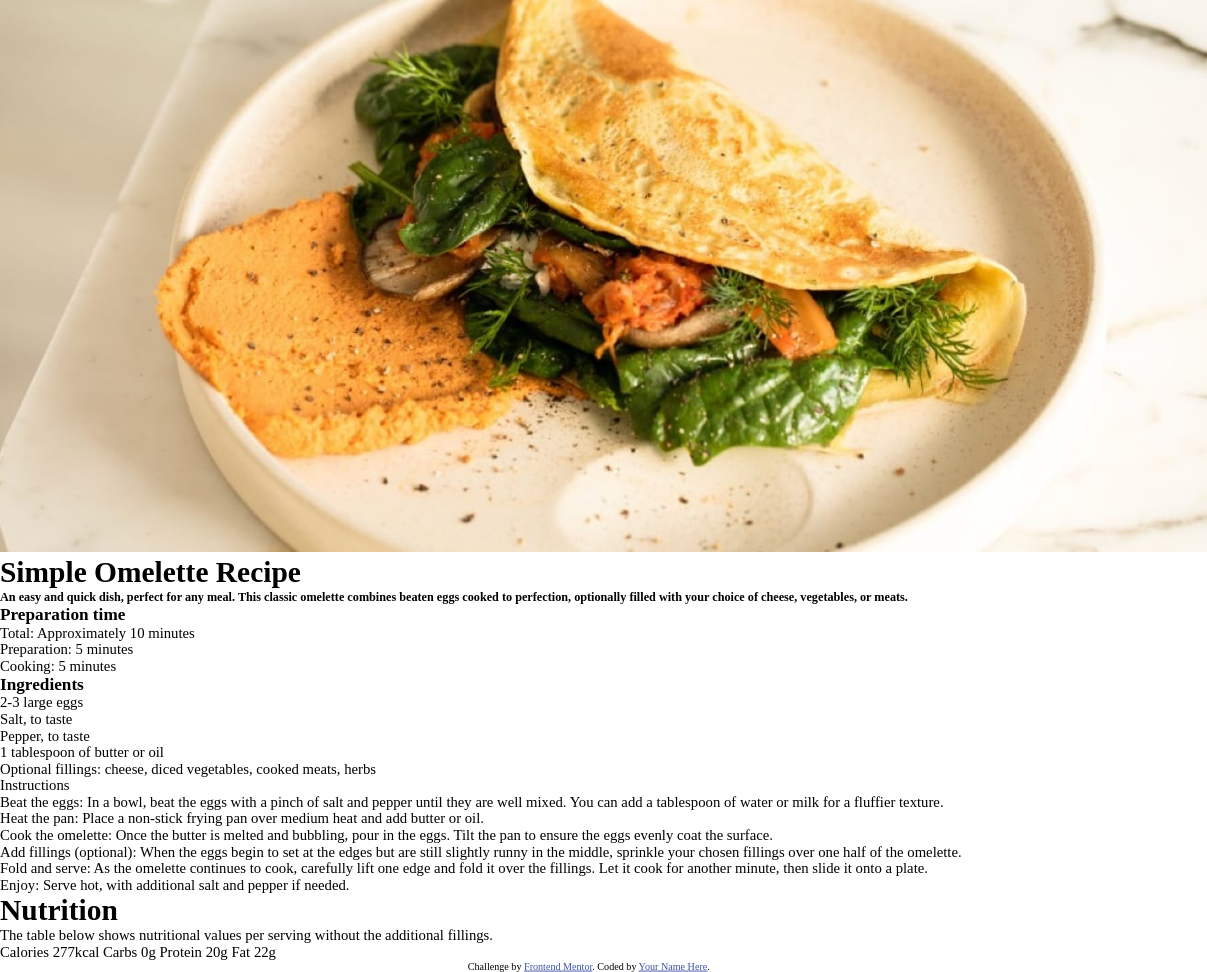
Repository: sodmaq/recipe-page-
Page: index.html
These files come from the project's save history. The page is drawn as it stood at one moment and after the next save; the edit follows.
The browser window is 1280 px wide. The page is 1312 px wide, so the pictures cover 1312 px, including what lies to the right of the window. The pictures show the whole page, at 92% of full size.

Above is the page before, as saved 2024-09-07 18:22:17.

After the next save:
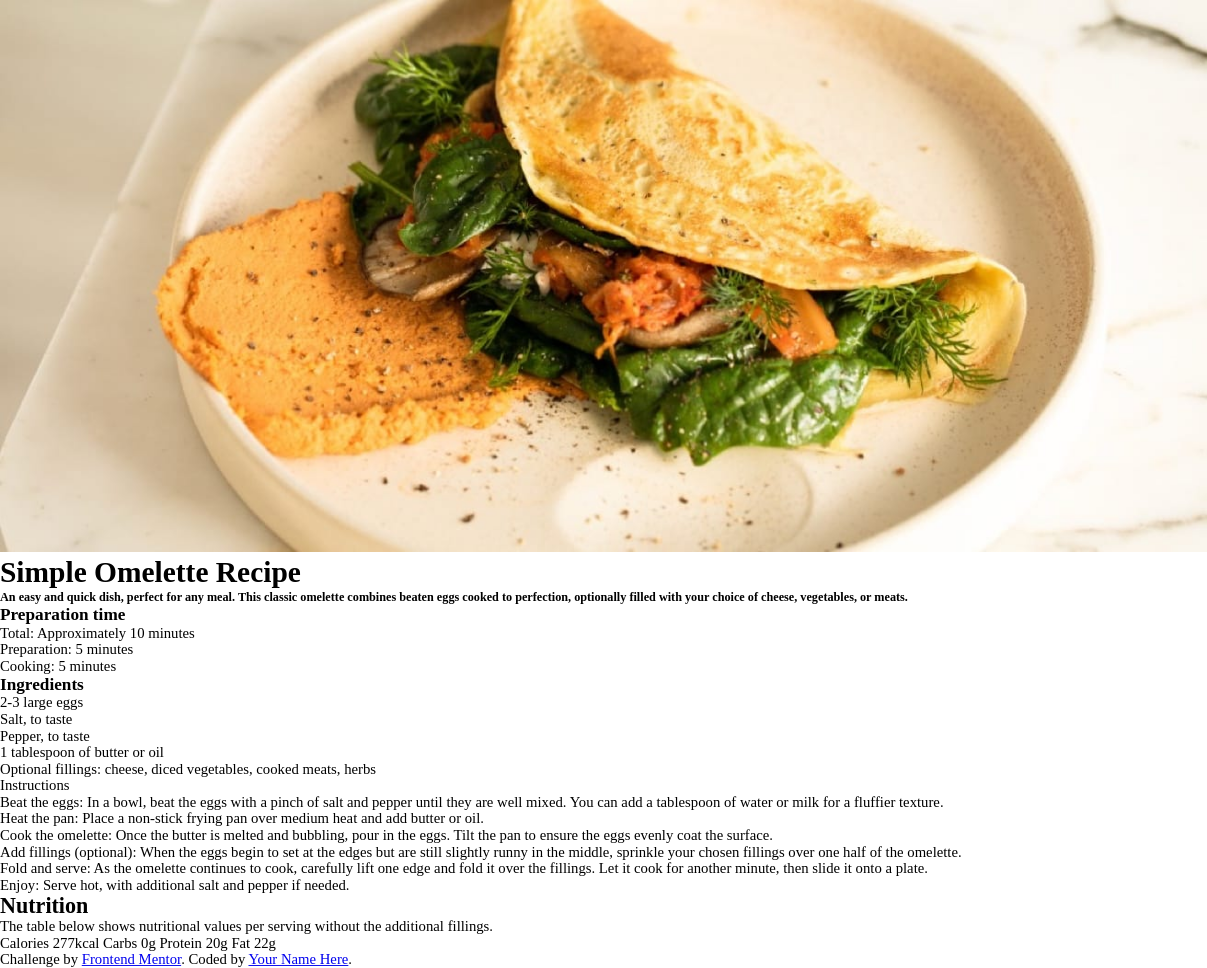
Saved 3 min 56 s later.
--- a/index.html
+++ b/index.html
@@ -16,7 +16,7 @@
     <title>Frontend Mentor | Recipe page</title>
 
     <!-- Feel free to remove these styles or customise in your own stylesheet 👍 -->
-    <style>
+    <!-- <style>
       .attribution {
         font-size: 11px;
         text-align: center;
@@ -24,74 +24,81 @@
       .attribution a {
         color: hsl(228, 45%, 44%);
       }
-    </style>
+    </style> -->
   </head>
   <body>
-    <img src="/assets/images/image-omelette.jpeg" alt="" />
-    <h1>Simple Omelette Recipe</h1>
-    <h5>
-      An easy and quick dish, perfect for any meal. This classic omelette
-      combines beaten eggs cooked to perfection, optionally filled with your
-      choice of cheese, vegetables, or meats.
-    </h5>
+    <div class="container">
+      <header>
+        <img src="/assets/images/image-omelette.jpeg" alt="" />
+        <h1>Simple Omelette Recipe</h1>
+        <h5>
+          An easy and quick dish, perfect for any meal. This classic omelette
+          combines beaten eggs cooked to perfection, optionally filled with your
+          choice of cheese, vegetables, or meats.
+        </h5>
+      </header>
+      <article>
+        <h3>Preparation time</h3>
+        <ul>
+          <li>Total: Approximately 10 minutes</li>
+          <li>Preparation: 5 minutes</li>
+          <li>Cooking: 5 minutes</li>
+        </ul>
 
-    <h3>Preparation time</h3>
-    <ul>
-      <li>Total: Approximately 10 minutes</li>
-      <li>Preparation: 5 minutes</li>
-      <li>Cooking: 5 minutes</li>
-    </ul>
+        <h3>Ingredients</h3>
+        <ul>
+          <li>2-3 large eggs</li>
+          <li>Salt, to taste</li>
+          <li>Pepper, to taste</li>
+          <li>1 tablespoon of butter or oil</li>
+          <li>
+            Optional fillings: cheese, diced vegetables, cooked meats, herbs
+          </li>
+        </ul>
+        <p>Instructions</p>
 
-    <h3>Ingredients</h3>
-    <ul>
-      <li>2-3 large eggs</li>
-      <li>Salt, to taste</li>
-      <li>Pepper, to taste</li>
-      <li>1 tablespoon of butter or oil</li>
-      <li>Optional fillings: cheese, diced vegetables, cooked meats, herbs</li>
-    </ul>
-    <p>Instructions</p>
+        <ol>
+          <li>
+            Beat the eggs: In a bowl, beat the eggs with a pinch of salt and
+            pepper until they are well mixed. You can add a tablespoon of water
+            or milk for a fluffier texture.
+          </li>
+          <li>
+            Heat the pan: Place a non-stick frying pan over medium heat and add
+            butter or oil.
+          </li>
+          <li>
+            Cook the omelette: Once the butter is melted and bubbling, pour in
+            the eggs. Tilt the pan to ensure the eggs evenly coat the surface.
+          </li>
+          <li>
+            Add fillings (optional): When the eggs begin to set at the edges but
+            are still slightly runny in the middle, sprinkle your chosen
+            fillings over one half of the omelette.
+          </li>
+          <li>
+            Fold and serve: As the omelette continues to cook, carefully lift
+            one edge and fold it over the fillings. Let it cook for another
+            minute, then slide it onto a plate.
+          </li>
+          <li>Enjoy: Serve hot, with additional salt and pepper if needed.</li>
+        </ol>
 
-    <ol>
-      <li>
-        Beat the eggs: In a bowl, beat the eggs with a pinch of salt and pepper
-        until they are well mixed. You can add a tablespoon of water or milk for
-        a fluffier texture.
-      </li>
-      <li>
-        Heat the pan: Place a non-stick frying pan over medium heat and add
-        butter or oil.
-      </li>
-      <li>
-        Cook the omelette: Once the butter is melted and bubbling, pour in the
-        eggs. Tilt the pan to ensure the eggs evenly coat the surface.
-      </li>
-      <li>
-        Add fillings (optional): When the eggs begin to set at the edges but are
-        still slightly runny in the middle, sprinkle your chosen fillings over
-        one half of the omelette.
-      </li>
-      <li>
-        Fold and serve: As the omelette continues to cook, carefully lift one
-        edge and fold it over the fillings. Let it cook for another minute, then
-        slide it onto a plate.
-      </li>
-      <li>Enjoy: Serve hot, with additional salt and pepper if needed.</li>
-    </ol>
+        <h1>Nutrition</h1>
+        <p>
+          The table below shows nutritional values per serving without the
+          additional fillings.
+        </p>
 
-    <h1>Nutrition</h1>
-    <p>
-      The table below shows nutritional values per serving without the
-      additional fillings.
-    </p>
+        Calories 277kcal Carbs 0g Protein 20g Fat 22g
+      </article>
 
-    Calories 277kcal Carbs 0g Protein 20g Fat 22g
-
-    <div class="attribution">
-      Challenge by
-      <a href="https://www.frontendmentor.io?ref=challenge" target="_blank"
-        >Frontend Mentor</a
-      >. Coded by <a href="#">Your Name Here</a>.
+      <div class="attribution">
+        Challenge by
+        <a href="https://www.frontendmentor.io?ref=challenge" target="_blank"
+          >Frontend Mentor</a
+        >. Coded by <a href="#">Your Name Here</a>.
+      </div>
     </div>
   </body>
 </html>
